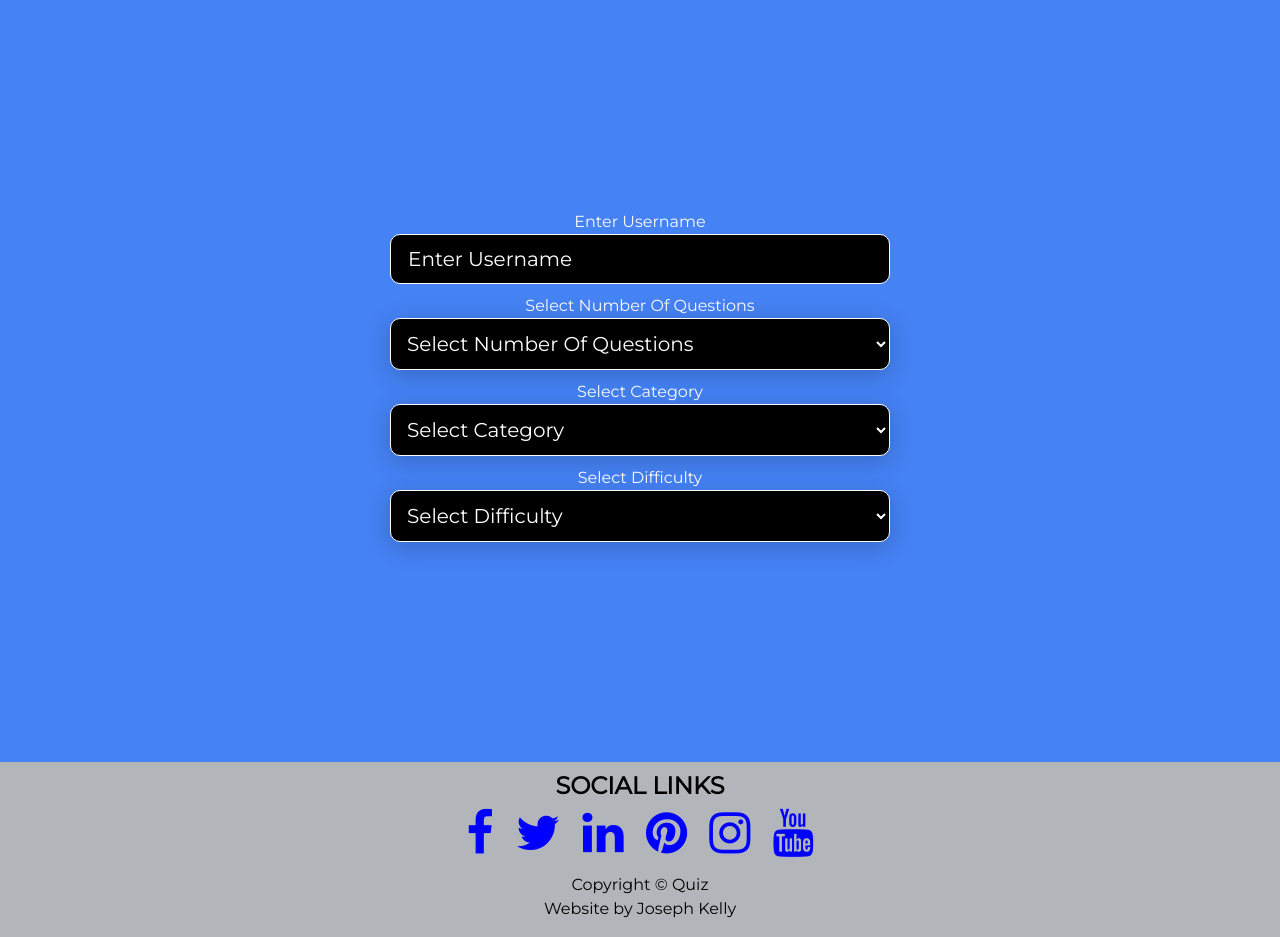
Repository: Code-Institute-Submissions/quiz-1
Page: load.html
The author's editor kept a record of every edit. The page is drawn from the files as they stood at one moment, then again after the next edit.
The browser window is 1280 px wide. The pictures show the whole page.

Above is the page before.

### load.html
<!DOCTYPE html>
<html lang="en">

<head>
    <meta charset="UTF-8">
    <meta name="viewport" content="width=device-width, initial-scale=1.0">
    <meta http-equiv="X-UA-Compatible" content="ie=edge">
    <link rel="stylesheet" href="https://stackpath.bootstrapcdn.com/bootstrap/4.4.1/css/bootstrap.min.css" type="text/css" />
    <link rel="stylesheet" href="https://stackpath.bootstrapcdn.com/font-awesome/4.7.0/css/font-awesome.min.css" type="text/css" />
    <link href="https://fonts.googleapis.com/css2?family=Montserrat&display=swap" rel="stylesheet">
    <link rel="stylesheet" href="assets/css/style.css" type="text/css" />
    <script src="https://cdnjs.cloudflare.com/ajax/libs/jquery/3.5.0/jquery.min.js" integrity="sha256-xNzN2a4ltkB44Mc/Jz3pT4iU1cmeR0FkXs4pru/JxaQ=" crossorigin="anonymous"></script>
    <script src="assets/js/modal-timer.js"></script>
    <script src="assets/js/api-value.js"></script>
    <title>Quiz</title>
</head>

<body>
    <div class="container-fluid background-load">
        <div>
            <form class="option-select">
                <div class="box">
                    <p class="prompt">Enter Username</p>
                    <input type="text" name="username" id="username" placeholder="Enter Username" class="username" oninput="getUsername()" required/>
                </div>
                <div class="box">
                    <p class="prompt">Select Number Of Questions</p>
                    <select class="select-amount" id="amount" required onchange="apiValues()">
                        <option value="" disabled selected hidden>Select Number Of Questions</option>
                        <option data-amount="5">5</option>
                        <option data-amount="10">10</option>
                        <option data-amount="15">15</option>
                        <option data-amount="20">20</option>
                    </select>
                </div>
                <div class="box">
                    <p class="prompt">Select Category</p>
                    <select class="select-category" id="category" required onchange="apiValues();">
                        <option value="" disabled selected hidden>Select Category</option>
                        <option data-category="9">General Knowledge</option>
                        <option data-category="10">Books</option>
                        <option data-category="11">Films</option>
                        <option data-category="12">Music</option>
                        <option data-category="13">Musicals</option>
                        <option data-category="14">Television</option>
                        <option data-category="15">Video Games</option>
                        <option data-category="16">Board Games</option>
                        <option data-category="17">Science & Nature</option>
                        <option data-category="18">Computers</option>
                        <option data-category="19">Mathematics</option>
                        <option data-category="20">Mythology</option>
                        <option data-category="21">Sports</option>
                        <option data-category="22">Geography</option>
                        <option data-category="23">History</option>
                        <option data-category="24">Politics</option>
                        <option data-category="25">Art</option>
                        <option data-category="26">Celebrities</option>
                        <option data-category="27">Animals</option>
                        <option data-category="28">Vehicles</option>
                    </select>
                </div>
                <div class="box">
                    <p class="prompt">Select Difficulty</p>
                    <select class="select-difficulty" id="difficulty" required onchange="apiValues();">
                        <option value="" disabled selected hidden>Select Difficulty</option>
                        <option data-difficulty="easy">Easy</option>
                        <option data-difficulty="medium">Medium</option>
                        <option data-difficulty="hard">Hard</option>
                    </select>
                </div>
        </div>
        <div class="container-fluid load">

            <div class="modal fade" id="exampleModalCenter" tabindex="-1" role="dialog" aria-hidden="true">
                <div class="modal-dialog modal-dialog-centered" role="document">
                    <div class="modal-content">
                        <div class="modal-header">
                            <h3>Quiz Starts in</h3>
                        </div>
                        <div class="modal-body">
                            <div class="countdown">
                                <div class="square">
                                    <div class="digits" id="cd-sec">00</div>
                                </div>
                            </div>
                        </div>
                    </div>
                </div>
            </div>
        </div>
    </div>
    <footer class="container-fluid">
        <div id="footer-details" class="row">
            <div class="col-sm">
                <h4 class="uppercase footer-info">Social Links</h4>
                <ul class="list-inline social-links">
                    <li class="list-inline-item">
                        <a target="_blank" href="#">
                            <i class="fa fa-facebook fa-3x" id="icon" aria-hidden="true"></i>
                            <span class="sr-only">Facebook</span>
                        </a>
                    </li>
                    <li class="list-inline-item">
                        <a target="_blank" href="#">
                            <i class="fa fa-twitter fa-3x" id="icon" aria-hidden="true"></i>
                            <span class="sr-only">Twitter</span>
                        </a>
                    </li>
                    <li class="list-inline-item">
                        <a target="_blank" href="#">
                            <i class="fa fa-linkedin fa-3x" id="icon" aria-hidden="true"></i>
                            <span class="sr-only">LinkedIn</span>
                        </a>
                    </li>
                    <li class="list-inline-item">
                        <a target="_blank" href="#">
                            <i class="fa fa-pinterest fa-3x" id="icon" aria-hidden="true"></i>
                            <span class="sr-only">pinterest</span>
                        </a>
                    </li>
                    <li class="list-inline-item">
                        <a target="_blank" href="#">
                            <i class="fa fa-instagram fa-3x" id="icon" aria-hidden="true"></i>
                            <span class="sr-only">Instagram</span>
                        </a>
                    </li>
                    <li class="list-inline-item">
                        <a target="_blank" href="#">
                            <i class="fa fa-youtube fa-3x" id="icon" aria-hidden="true"></i>
                            <span class="sr-only">Youtube</span>
                        </a>
                    </li>
                </ul>
                <div class="copyright">
                    <p>Copyright &#169; Quiz<br>Website by Joseph Kelly</p>
                </div>
            </div>
        </div>
    </footer>
    <script src="https://code.jquery.com/jquery-3.3.1.slim.min.js" integrity="sha384-q8i/X+965DzO0rT7abK41JStQIAqVgRVzpbzo5smXKp4YfRvH+8abtTE1Pi6jizo" crossorigin="anonymous"></script>
    <script src="https://cdnjs.cloudflare.com/ajax/libs/popper.js/1.14.7/umd/popper.min.js" integrity="sha384-UO2eT0CpHqdSJQ6hJty5KVphtPhzWj9WO1clHTMGa3JDZwrnQq4sF86dIHNDz0W1" crossorigin="anonymous"></script>
    <script src="https://stackpath.bootstrapcdn.com/bootstrap/4.3.1/js/bootstrap.min.js" integrity="sha384-JjSmVgyd0p3pXB1rRibZUAYoIIy6OrQ6VrjIEaFf/nJGzIxFDsf4x0xIM+B07jRM" crossorigin="anonymous"></script>
</body>

</html>

### assets/css/style.css
body {
  font-family: 'Montserrat', sans-serif;
}

a {
  color: white;
  text-decoration: none !important;
}

/* Unvisited link  */

a:visited {
  color: white;
}

/* Visited link    */

a:hover {
  color: white;
}

/* Mouse over link */

a:active {
  color: white;
}

/*--------------------------- home --------------- */

.home {
  background-color: #4582F4;
  height: 782px;
}

.background-load {
  background-color: #4582F4;
  height: 762px;
}

.background-quiz {
  background-color: #4582F4;
  height: 800px;
}

.background-leaderboard {
  background-color: #4582F4;
  height: 762px;
}

.info {
  font-family: 'Montserrat', sans-serif;
  text-align: center;
  padding-top: 40px;
  width: 70%;
  margin: auto;
  color: white;
}

.load {
  display: flex;
  justify-content: center;
  align-items: center;
  padding-top: 40px;
  padding-bottom: 40px;
}

.load-button {
  background-color: #1D2129;
  text-decoration: none;
  color: #fafafa;
  padding: 10px;
  border-radius: 5px;
}

/*--------------------------- animation --------------- */

.quiz-time {
  text-align: center;
  padding-top: 150px;
  width: 100vw;
  font-family: 'Montserrat', sans-serif;
  display: flex;
  justify-content: center;
  align-items: center;
  margin: -20px;
}

.animation span {
  position: relative;
  top: 20px;
  display: inline-block;
  -webkit-animation: bounce 0.3s ease infinite alternate;
  font-size: 100px;
  color: #fff;
  text-shadow: 0 1px 0 #ccc, 0 2px 0 #ccc, 0 3px 0 #ccc, 0 4px 0 #ccc,
  0 5px 0 #ccc, 0 6px 0 transparent, 0 7px 0 transparent, 0 8px 0 transparent,
  0 9px 0 transparent, 0 10px 10px rgba(0, 0, 0, 0.4);
}

.animation span:nth-child(2) {
  -webkit-animation-delay: 0.1s;
}

.animation span:nth-child(3) {
  -webkit-animation-delay: 0.2s;
}

.animation span:nth-child(4) {
  -webkit-animation-delay: 0.3s;
}

.animation span:nth-child(5) {
  -webkit-animation-delay: 0.4s;
}

.animation span:nth-child(6) {
  -webkit-animation-delay: 0.5s;
}

.animation span:nth-child(7) {
  -webkit-animation-delay: 0.6s;
}

.animation span:nth-child(8) {
  -webkit-animation-delay: 0.2s;
}

.animation span:nth-child(9) {
  -webkit-animation-delay: 0.3s;
}

.animation span:nth-child(10) {
  -webkit-animation-delay: 0.4s;
}

.animation span:nth-child(11) {
  -webkit-animation-delay: 0.5s;
}

.animation span:nth-child(12) {
  -webkit-animation-delay: 0.6s;
}

.animation span:nth-child(13) {
  -webkit-animation-delay: 0.7s;
}

.animation span:nth-child(14) {
  -webkit-animation-delay: 0.8s;
}

/* ANIMATION */

@-webkit-keyframes bounce {
  100% {
    top: -20px;
    text-shadow: 0 1px 0 #ccc, 0 2px 0 #ccc, 0 3px 0 #ccc, 0 4px 0 #ccc,
    0 5px 0 #ccc, 0 6px 0 #ccc, 0 7px 0 #ccc, 0 8px 0 #ccc, 0 9px 0 #ccc,
    0 50px 25px rgba(0, 0, 0, 0.2);
  }
}

/*--------------------------- footer --------------- */

footer {
  color: #fafafa;
  padding-top: 10px;
  background-color: #B2B5B9;
  display: inline-block;
  position: relative;

}

.footer-info {
  font-weight: bold;
  text-align: center;
  color: #000000;
}

.list-inline-item {
  margin-left: 10px;
  margin-right: 10px;
}

.uppercase {
  text-transform: uppercase;
}

.social-links {
  text-align: center;
  color: #000000;
}

.copyright {
  text-align: center;
  color: #000000;
}

#icon {
  color: blue;
}

/*--------------------------- Quiz Loading --------------- */

.prompt {
  text-align: center;
  color: #fafafa;
  margin-bottom: 0;
  padding-top: 10px;
}

.start-button {
  background-color: #1D2129;
  text-decoration: none;
  color: #fafafa;
  padding: 10px;
  border-radius: 5px;
}

.option-select {
  display: block;
  margin-right: auto;
  margin-left: auto;
  padding-top: 200px;
}

::placeholder {
  color: white;
  padding-left: 15px;
  font-size: 20px;
}

.username {
  width: 40%;
  display: block;
  margin-left: auto;
  margin-right: auto;
  height: 50px;
  color: white;
  font-size: 20px;
  background-color: #000000;
  border: solid 1px;
  border-radius: 10px;
  border-color: white;
}

.box select {
  background-color: #000000;
  margin-left: auto;
  margin-right: auto;
  color: white;
  padding: 12px;
  width: 40%;
  border: solid 1px;
  border-radius: 10px;
  font-size: 20px;
  box-shadow: 0 5px 25px rgba(0, 0, 0, 0.2);
  -webkit-appearance: button;
  appearance: button;
  outline: none;
  display: block;
}



.box:hover::before {
  color: rgba(255, 255, 255, 0.6);
  background-color: rgba(255, 255, 255, 0.2);
}



/*--------------------------- timer --------------- */

.modal-header {
  margin-left: auto;
  margin-right: auto;
}

.countdown {
  margin: 0 auto;
  max-width: 350px;
  background: #ff0000;
  font-family: Impact, Charcoal, sans-serif;
  text-align: center;
}

.countdown .header {
  color: #c61d1d;
  text-align: center;
  font-weight: normal;
  margin: 5px 0 10px 0;
}

.countdown .square {
  display: inline-block;
  padding: 10px;
  margin: 5px;
}

.countdown .digits {
  font-size: 24px;
  background: #fff;
  color: #000;
  padding: 20px 10px;
  border-radius: 5px;
}

.countdown .text {
  margin-top: 10px;
  color: #ddd;
}

/*--------------------------- quiz page --------------- */

.finish {
  width: 30%;
  margin-left: auto;
  margin-right: auto;
  display: block;
  text-align: center;
}

.image-display {
  padding-left: 75px;
  margin-bottom: 20px;
  height: auto;
  width: 350px;
  margin-left: auto;
  margin-right: auto;
}


.btn {
  color: #000000;
}

.mute-button {
  margin-top: 20px;
  float: right;
}

.countdown-quiz {
  margin: 0 auto;
  max-width: 350px;
  background: #ff0000;
  font-family: Impact, Charcoal, sans-serif;
  text-align: center;
  clear: both;
}

.countdown-quiz .header {
  color: #c61d1d;
  text-align: center;
  font-weight: normal;
  margin: 5px 0 10px 0;
}

.countdown-quiz .square {
  display: inline-block;
  padding: 10px;
  margin: 5px;
}

.countdown-quiz .digits {
  font-size: 24px;
  background: #fff;
  color: #000;
  padding: 20px 10px;
  border-radius: 5px;
}

.countdown-quiz .text {
  margin-top: 10px;
  color: #ddd;
}

.carousel-item {
  height: auto;
}

#question-1,
#question-2,
#question-3,
#question-4,
#question-5,
#question-6,
#question-7,
#question-8,
#question-9,
#question-10,
#question-11,
#question-12,
#question-13,
#question-14,
#question-15,
#question-16,
#question-17,
#question-18,
#question-19,
#question-20 {
  padding-top: 20px;
  text-align: center;
  color: white;
}

#answers-1,
#answers-2,
#answers-3,
#answers-4,
#answers-5,
#answers-6,
#answers-7,
#answers-8,
#answers-9,
#answers-10,
#answers-11,
#answers-12,
#answers-13,
#answers-14,
#answers-15,
#answers-16,
#answers-17,
#answers-18,
#answers-19,
#answers-20 {
  padding-top: 20px;
  text-align: left;
  margin: auto;
  width: 350px;
  color: white;
}



/*--------------------------- Leaderboard page --------------- */

.leaderboard-title {
  text-align: center;
  padding-top: 30px;
  width: 100%;
  margin-left: auto;
  margin-right: auto;
  font-weight: bold;
  padding-top: 150px;
  color: white;
}

.modal-title {
  text-align: center;
}

table {
  margin-top: 40px;
  margin-left: auto;
  margin-right: auto;
  width: 70%;
}

table,
th,
td {
  border: solid 1px black;
  background-color: white;
  text-align: center;
  width: 30%;
}

.modal-heading {
  text-align: center;
  margin-top: 8px;
  border-bottom: solid 1px;
}

.modal-form {
  text-align: center;
  margin-top: 8px;
  margin-bottom: 8px;

}

#scorePercentRound {
  text-align: center;
  margin-top: 8px;
}

#saveScoreBtn {
  background-color: #000000;
  color: white;
}

#footer-btns {
  text-align: center;
  margin-top: 10px;
  margin-bottom: 20px;
}

### assets/js/modal-timer.js
var counter = {};
window.addEventListener("click", function () {
  // COUNTDOWN IN SECONDS
  // EXAMPLE - 5 MINS = 5 X 60 = 300 SECS
  counter.end = 6;

  // Get the containers
  counter.sec = document.getElementById("cd-sec");

  // Start if not past end date
  if (counter.end > 0) {
    counter.ticker = setInterval(function(){
      // Stop if passed end time
      counter.end--;
      if (counter.end <= 0) {
        clearInterval(counter.ticker);
        counter.end = 0;
      }

      // Calculate remaining time
      var secs = counter.end;
      var mins  = Math.floor(secs / 60); // 1 min = 60 secs
      secs -= mins * 60;

      // Update HTML
      counter.sec.innerHTML = secs;
    }, 1000);
  }
});

### assets/js/api-value.js
var amount;
var category;
var difficulty;
var type;

function apiValues() {

    amount = $("#amount option:selected").data("amount");
    category = $("#category option:selected").data("category");
    difficulty = $("#difficulty option:selected").data("difficulty");

    sessionStorage.setItem('amount', amount);
    sessionStorage.setItem('category', category);
    sessionStorage.setItem('difficulty', difficulty);

}

function timeDelay() {
    setTimeout(function() {

        window.location.href = "quiz.html";

    }, 6000);
}

function getUsername() {
    var username = document.getElementById("username").value;
    console.log(username);
    localStorage.setItem("username", username);
}

After the next edit:
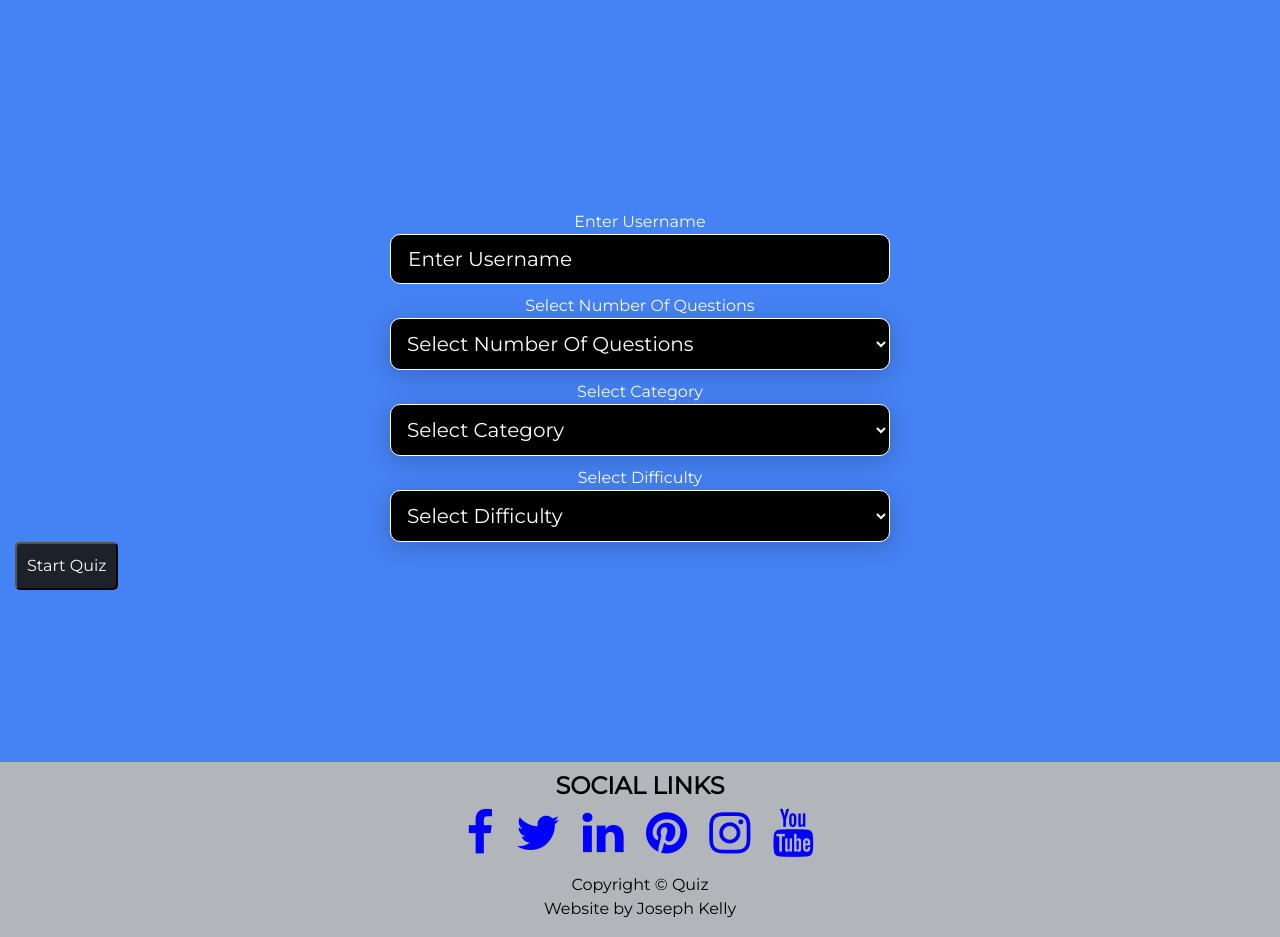
The edit:
--- a/load.html
+++ b/load.html
@@ -68,6 +68,10 @@
                         <option data-difficulty="hard">Hard</option>
                     </select>
                 </div>
+                <button type="submit" onclick="timeDelay();" id="start-button" class="start-button" data-toggle="modal" data-target="#exampleModalCenter">
+                  Start Quiz
+            </button>
+            </form>
         </div>
         <div class="container-fluid load">
 
